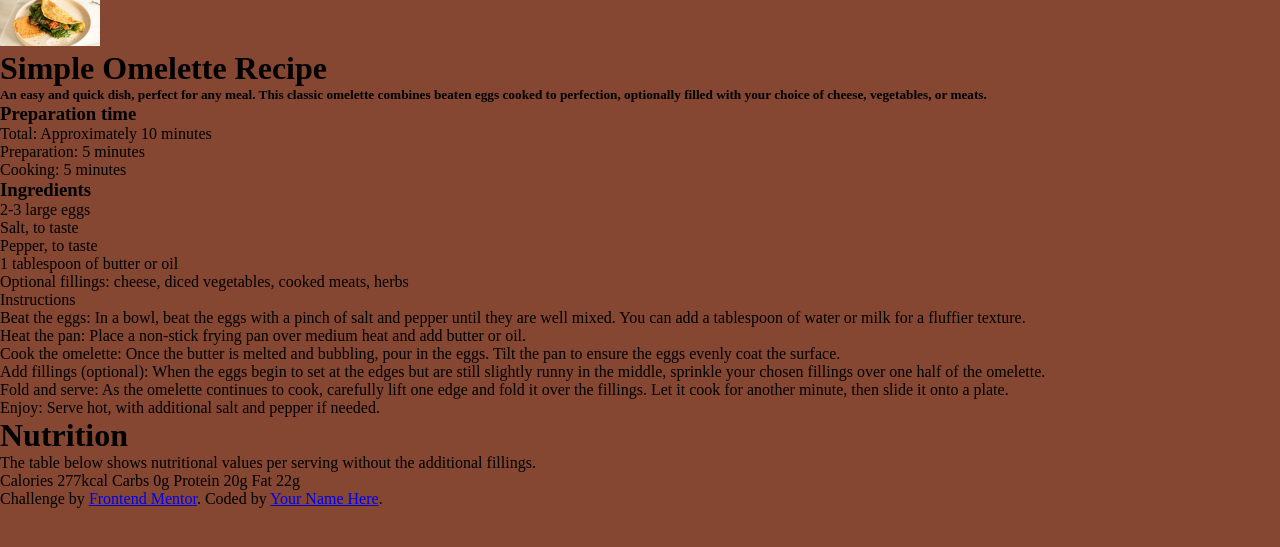
Repository: sodmaq/recipe-page-
Page: index.html
These files come from the project's save history. The page is drawn as it stood at one moment and after a run of saves; the edit follows.
The browser window is 1280 px wide. The pictures show the whole page.

Above is the page before, as saved 2024-09-07 12:56:11.

After the next 2 saves:
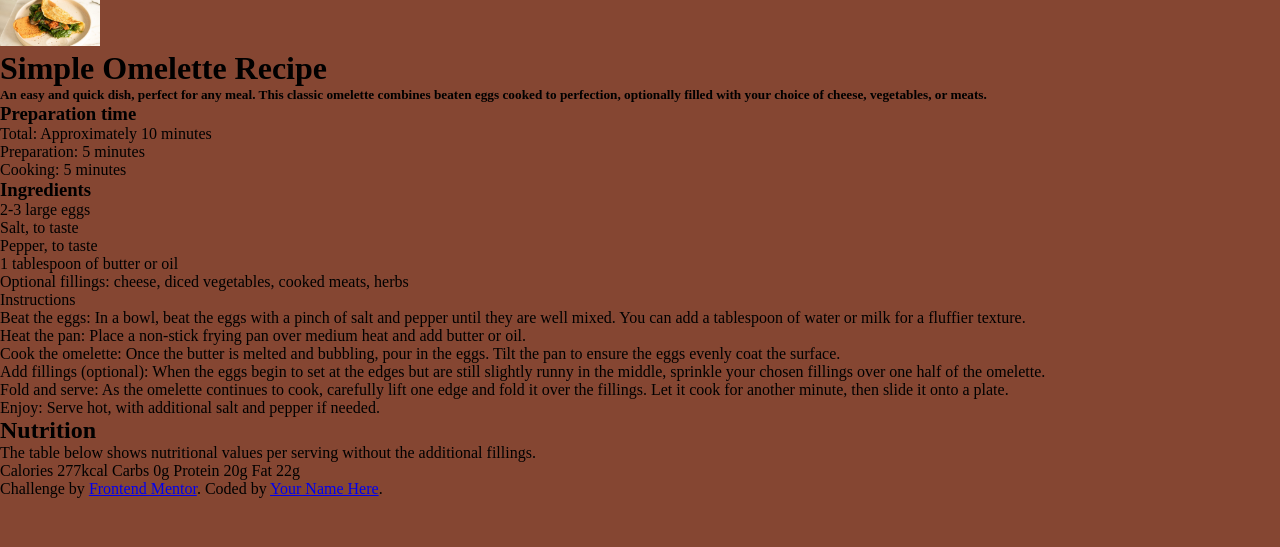
The 2 saves are shown as one change because they came seconds apart.
The last was saved 60 s later.
--- a/index.html
+++ b/index.html
@@ -36,58 +36,61 @@
         choice of cheese, vegetables, or meats.
       </h5>
     </header>
+    <article>
+      <h3>Preparation time</h3>
+      <ul>
+        <li>Total: Approximately 10 minutes</li>
+        <li>Preparation: 5 minutes</li>
+        <li>Cooking: 5 minutes</li>
+      </ul>
 
-    <h3>Preparation time</h3>
-    <ul>
-      <li>Total: Approximately 10 minutes</li>
-      <li>Preparation: 5 minutes</li>
-      <li>Cooking: 5 minutes</li>
-    </ul>
+      <h3>Ingredients</h3>
+      <ul>
+        <li>2-3 large eggs</li>
+        <li>Salt, to taste</li>
+        <li>Pepper, to taste</li>
+        <li>1 tablespoon of butter or oil</li>
+        <li>
+          Optional fillings: cheese, diced vegetables, cooked meats, herbs
+        </li>
+      </ul>
+      <p>Instructions</p>
 
-    <h3>Ingredients</h3>
-    <ul>
-      <li>2-3 large eggs</li>
-      <li>Salt, to taste</li>
-      <li>Pepper, to taste</li>
-      <li>1 tablespoon of butter or oil</li>
-      <li>Optional fillings: cheese, diced vegetables, cooked meats, herbs</li>
-    </ul>
-    <p>Instructions</p>
+      <ol>
+        <li>
+          Beat the eggs: In a bowl, beat the eggs with a pinch of salt and
+          pepper until they are well mixed. You can add a tablespoon of water or
+          milk for a fluffier texture.
+        </li>
+        <li>
+          Heat the pan: Place a non-stick frying pan over medium heat and add
+          butter or oil.
+        </li>
+        <li>
+          Cook the omelette: Once the butter is melted and bubbling, pour in the
+          eggs. Tilt the pan to ensure the eggs evenly coat the surface.
+        </li>
+        <li>
+          Add fillings (optional): When the eggs begin to set at the edges but
+          are still slightly runny in the middle, sprinkle your chosen fillings
+          over one half of the omelette.
+        </li>
+        <li>
+          Fold and serve: As the omelette continues to cook, carefully lift one
+          edge and fold it over the fillings. Let it cook for another minute,
+          then slide it onto a plate.
+        </li>
+        <li>Enjoy: Serve hot, with additional salt and pepper if needed.</li>
+      </ol>
 
-    <ol>
-      <li>
-        Beat the eggs: In a bowl, beat the eggs with a pinch of salt and pepper
-        until they are well mixed. You can add a tablespoon of water or milk for
-        a fluffier texture.
-      </li>
-      <li>
-        Heat the pan: Place a non-stick frying pan over medium heat and add
-        butter or oil.
-      </li>
-      <li>
-        Cook the omelette: Once the butter is melted and bubbling, pour in the
-        eggs. Tilt the pan to ensure the eggs evenly coat the surface.
-      </li>
-      <li>
-        Add fillings (optional): When the eggs begin to set at the edges but are
-        still slightly runny in the middle, sprinkle your chosen fillings over
-        one half of the omelette.
-      </li>
-      <li>
-        Fold and serve: As the omelette continues to cook, carefully lift one
-        edge and fold it over the fillings. Let it cook for another minute, then
-        slide it onto a plate.
-      </li>
-      <li>Enjoy: Serve hot, with additional salt and pepper if needed.</li>
-    </ol>
+      <h1>Nutrition</h1>
+      <p>
+        The table below shows nutritional values per serving without the
+        additional fillings.
+      </p>
 
-    <h1>Nutrition</h1>
-    <p>
-      The table below shows nutritional values per serving without the
-      additional fillings.
-    </p>
-
-    Calories 277kcal Carbs 0g Protein 20g Fat 22g
+      Calories 277kcal Carbs 0g Protein 20g Fat 22g
+    </article>
 
     <div class="attribution">
       Challenge by
